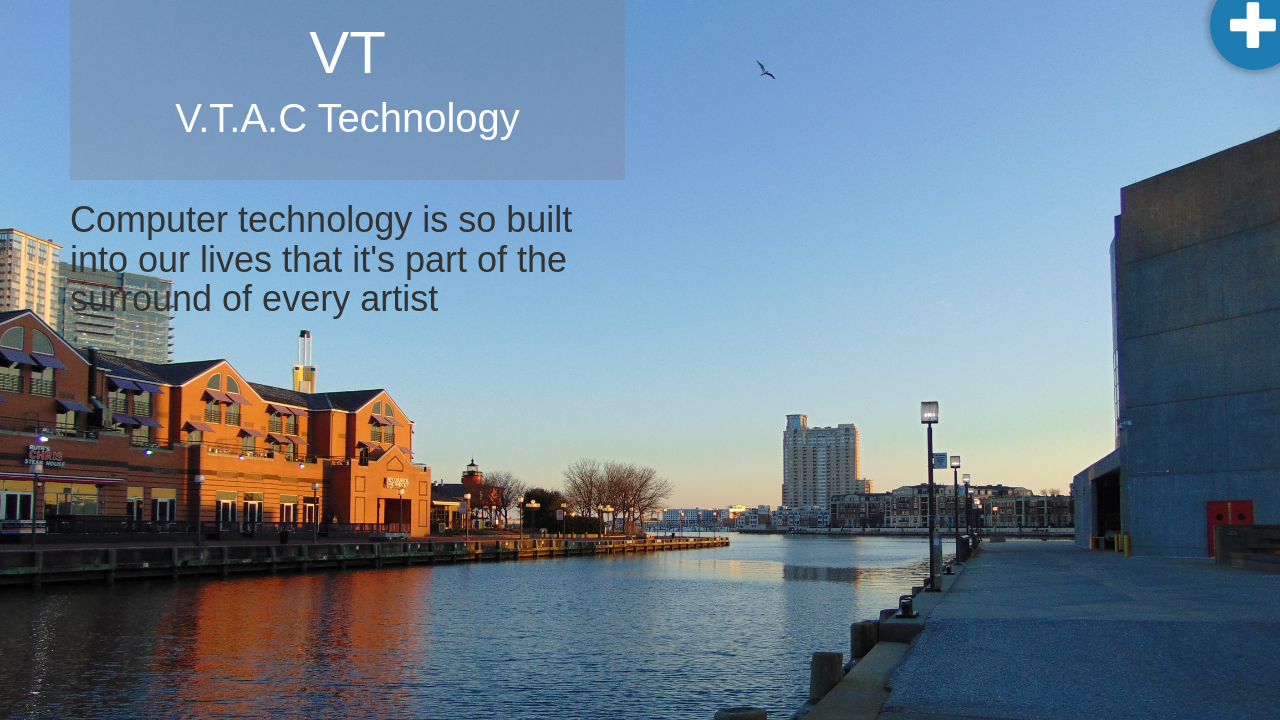
Repository: danidark9312/vtac
Page: http://localhost/vtacTechnology/
The author's editor kept a copy of each file at every save. The page is drawn from the files as they stood at one save, then again after the next save.
The browser window is 1280 px wide. The pictures show the whole page.
The page is served by Tomcat 9.

Above is the page before, as saved 2017-01-30 18:17:53.
Console error (its wording comes from the project's code and is left out).

### vtacTechnology/WebContent/index.jsp
<%@ page language="java" contentType="text/html; charset=ISO-8859-1"
    pageEncoding="ISO-8859-1"%>
<!DOCTYPE html PUBLIC "-//W3C//DTD HTML 4.01 Transitional//EN" "http://www.w3.org/TR/html4/loose.dtd">
<html>
<head>
	<meta http-equiv="Content-Type" content="text/html; charset=ISO-8859-1">
	<title>VTAC Tehnology</title>

	<link href="bootstrap/css/bootstrap.min.css" rel="stylesheet">
 	<script src="bootstrap/js/bootstrap.min.js"> </script>
 	<script src="jquery/jquery.min.js" ></script>
 	<script src="js/menu.js" ></script>

 	<link href="css/common.css" rel="stylesheet" />

</head>
<body>
<div class="menuContainer">
<div class="floatingMenu" onclick="openMenu()">
 <span class="glyphicon glyphicon-plus" aria-hidden="true"></span>
</div>
	<div class="optionGroup">
		<div class="option">Services</div>
		<div class="option">Portfolio</div>
		<div class="option">Contact</div>
	</div>

</div>
	<div class="container">
		<div class="row">
			<div class="col-md-6 col-xs-6">
				<div class="mainLogo">
					<h1>VT</h1>
					<h2>V.T.A.C Technology</h2>
					<br/>
				</div>
			</div>
		</div>

		<div class="row">
			<div class="col-md-6 col-xs-6">
				<div class="mainQuote">
					<h1>Computer technology is so built into our lives that it's part of the surround of every artist</h1>
					<br/>
				</div>
			</div>
		</div>
	</div>


</body>
</html>

### vtacTechnology/WebContent/js/menu.js
/**
 *
 */

$(document).ready(function(){
// function for the floating button when cursor leave the button, must hide all options
})

function openMenu(){
	$(".optionGroup .option").toggleClass("shown");
}

### vtacTechnology/WebContent/css/common.css

@CHARSET "ISO-8859-1";


:root {
  --main-color: #1d7db3;
  --main-color-highlighted: #e8a05d;
  --caption-color : rgba(128, 128, 128, 0.29);
}

*{
	font-family: "Comic Sans MS", cursive, sans-serif;
}

.mainQuote{

}

.menuContainer{
	position : fixed;
	right: 0px;
	top: 0px;
}

.floatingMenu{
	    background-color: var(--main-color);
    color: white;
    width: 90px;
    height: 90px;
    text-align: center;
    padding: 18px;
    border-radius: 100%;
    box-shadow: 0px 0px 5px 4px rgba(0, 0, 0, 0.18), 0px 4px 12px -7px rgba(0, 0, 0, 0.15);

    -webkit-transition: all .1s ease-out;
    position: absolute;
    right: -20px;
    top: -20px;
    cursor: pointer;
}


.menuContainer .optionGroup{
	        padding: 5px 0;
	        margin-top: 12px;
    font-size: 23px;
    position: absolute;
    top: 70px;
    right: 0px;;
}

.floatingMenu:hover{
	right: 0px;
	top: 0px;
	background-color: var(--main-color-highlighted);
	box-shadow: 0px 0px 14px 6px rgba(0, 0, 0, 0.18), 0px 4px 12px -7px rgba(0, 0, 0, 0.15);
}

.floatingMenu span{
	font-size: 50px;
}

.menuContainer .option{
	    padding: 5px 10px;
    font-size: 23px;
    background: var(--main-color);;
    color: white;
    border-top-left-radius: 20px;
    border-bottom-left-radius: 20px;
    box-shadow: 0px 5px 11px -2px rgba(0, 0, 0, 0.18), 0px 4px 12px -7px rgba(0, 0, 0, 0.15);
    -webkit-transition: all .2s ease-out;
    opacity: 0;
    cursor: pointer;
}
.menuContainer .option:hover{
    background-color: var(--main-color-highlighted);
}

.menuContainer .option.shown{
	opacity: 1;
	margin-top: 5px;
}




body {
	background: #ffffff url("../img/background2.jpg") no-repeat right top;
	background-size: cover;
}

.mainLogo{
	    text-align: center;
    padding: 10px;
    /* background-color: var(--main-color);*/
    background-color: var(--caption-color);
    color: white;

    /* border-radius: 50%;*/
}

.mainLogo h1{
	font-size: 60px;
	margin-top: 10px;
}

.mainLogo h2{
	font-size: 40px;
	margin-top: 0px;
}

Loaded but not shown: vtacTechnology/WebContent/bootstrap/css/bootstrap.min.css (library); vtacTechnology/WebContent/bootstrap/js/bootstrap.min.js (library); vtacTechnology/WebContent/jquery/jquery.min.js (library)

After the next save:
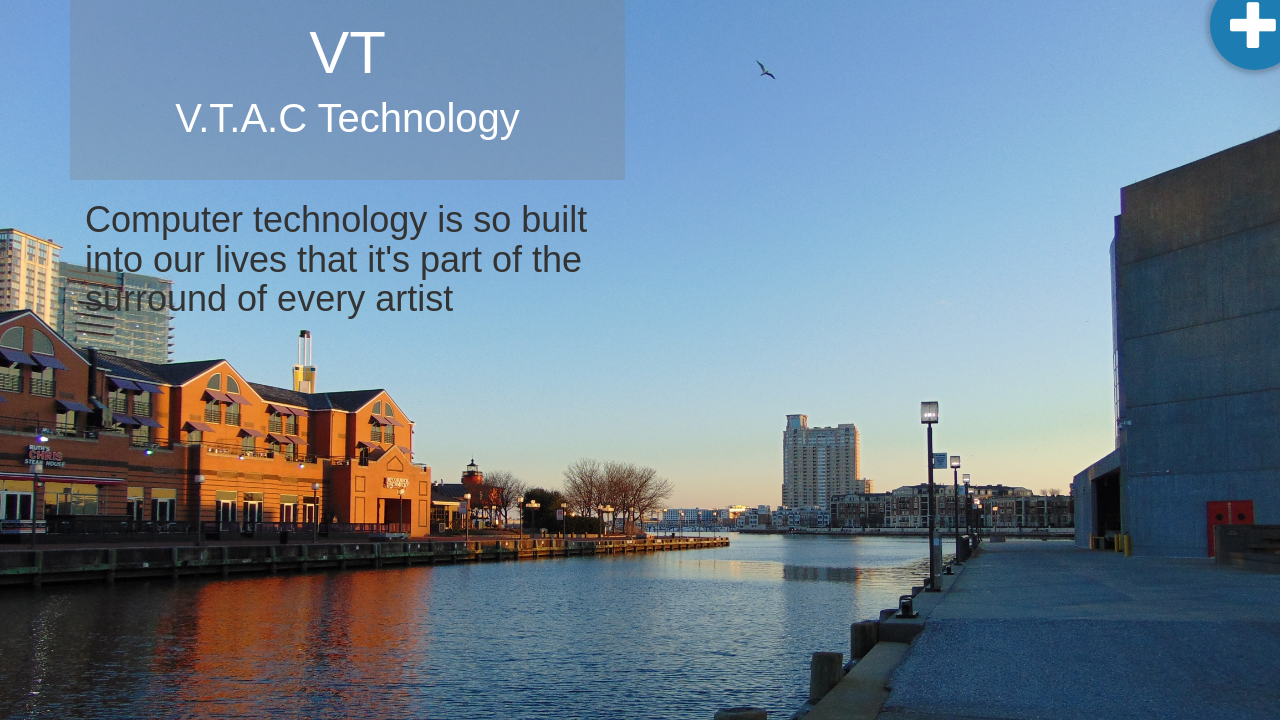
Saved 61 s later.
--- a/vtacTechnology/WebContent/index.jsp
+++ b/vtacTechnology/WebContent/index.jsp
@@ -39,7 +39,7 @@
 
 		<div class="row">
 			<div class="col-md-6 col-xs-6">
-				<div class="mainQuote">
+				<div class="col-md-12 col-xs-12">
 					<h1>Computer technology is so built into our lives that it's part of the surround of every artist</h1>
 					<br/>
 				</div>
